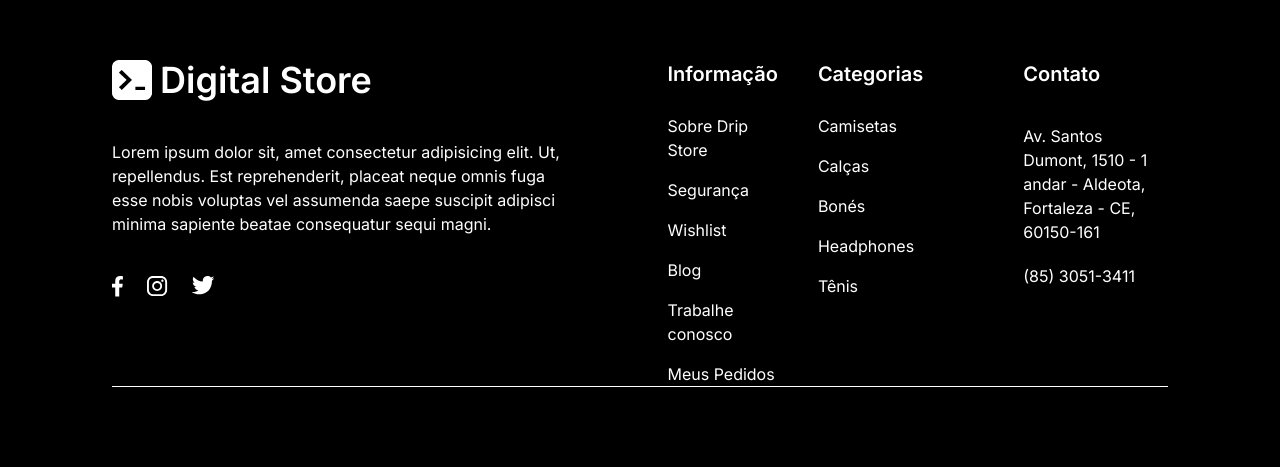
Repository: geracao-09/digital-store
Page: index.html
The author's editor kept a copy of each file at every save. The page is drawn from the files as they stood at one save, then again after the next save.
The browser window is 1280 px wide. The pictures show the part of the page from y = 3410 to 3877 px (the page is 3877 px tall).
A picture or video elsewhere on the page could not be fetched, so the positions and the page height are approximate.

Above is the page before, as saved 2025-04-25 09:00:07.

After the next save:
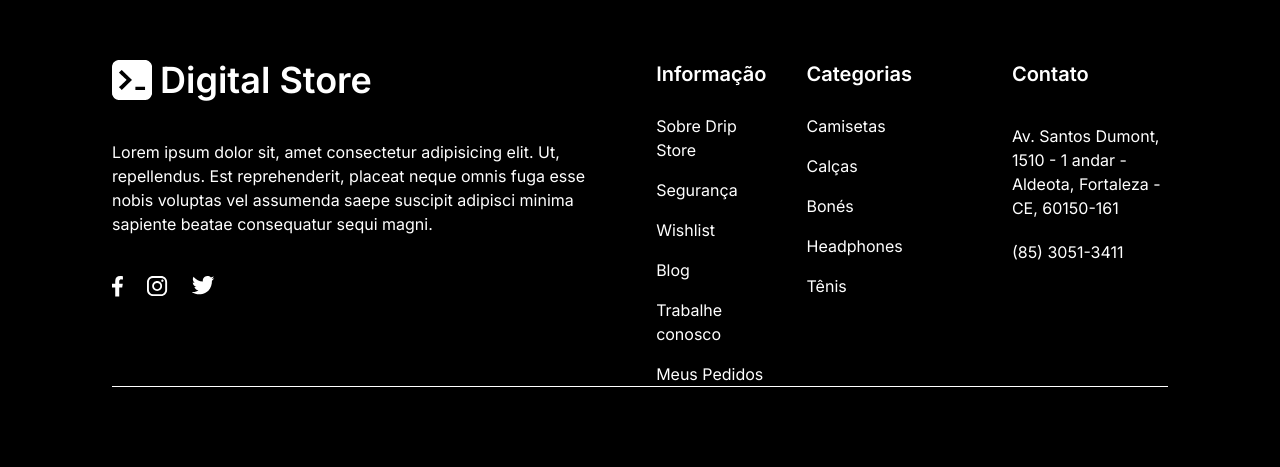
Saved 8 s later.
--- a/index.html
+++ b/index.html
@@ -320,7 +320,7 @@
 </main>
 <footer class="bg-black text-white py-20 px-28">
     <div class="flex gap-10">
-        <div  class="flex flex-col gap-10 mr-12">
+        <div  class="flex flex-col gap-10">
             <div class="flex gap-2">
                 <img src="/assets/white-logo.svg" alt="Logo da Digital em branco">
                 <h4 class="font-semibold text-4xl">Digital Store</h4>
